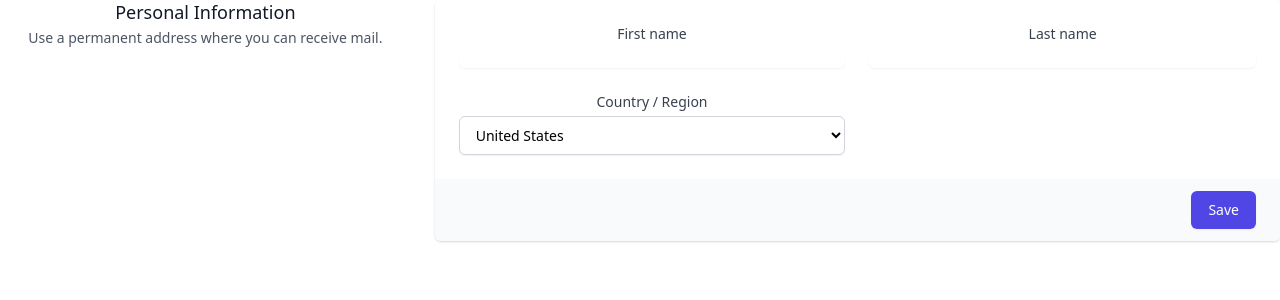
Repository: maikeru-desu/parking-lot
Page: /add (app in parking-lot-fe/)
These files come from the project's save history. The page is drawn as it stood at one moment and after the next save; the edit follows.
The browser window is 1280 px wide. The pictures show the whole page.
The project was rebuilt for these pictures with package versions that can differ from the ones it lists, and the page was loaded fresh each time. Also part of the build but not shown: parking-lot-fe/craco.config.js, parking-lot-fe/src/redux/actions.js, parking-lot-fe/src/pages/Home.js.

Above is the page before, as saved 2021-10-14 03:03:39.

### parking-lot-fe/src/index.js
import React from 'react';
import ReactDOM from 'react-dom';
import './index.css';
import App from './App';
import {Provider} from "react-redux";
import {BrowserRouter} from "react-router-dom";
import reportWebVitals from './reportWebVitals';
import store from './redux/store';

ReactDOM.render(
    <React.StrictMode>
        <BrowserRouter>
            <Provider store={store}>
                <App />
            </Provider>
        </BrowserRouter>
    </React.StrictMode>,
    document.getElementById('root')
);

// If you want to start measuring performance in your app, pass a function
// to log results (for example: reportWebVitals(console.log))
// or send to an analytics endpoint. Learn more: https://bit.ly/CRA-vitals
reportWebVitals();

### parking-lot-fe/src/App.js
import logo from './logo.svg';
import './App.css';
import {Switch, Route} from "react-router-dom";
import Home from './pages/Home';
import Add from './pages/Add';

function App() {
  return (
    <div className="App">
        <Switch>
            <Route exact path="/" component={Home} />
            <Route exact path="/add" component={Add} />
        </Switch>
    </div>
  );
}

export default App;

### parking-lot-fe/src/redux/store.js
import {createStore, applyMiddleware} from "redux";
import logger from "redux-logger";
import reduxThunk from "redux-thunk";
import rootReducer from "./root-reducer";

const middlewares = [reduxThunk];

if (process.env.NODE_ENV === "development") {
    middlewares.push(logger)
}

const store = createStore(rootReducer, applyMiddleware(...middlewares));

export default store;

### parking-lot-fe/src/pages/Add.js
import React from 'react'

const Add = () => {
    return (
        <div>
            <div className="mt-10 sm:mt-0">
                <div className="md:grid md:grid-cols-3 md:gap-6">
                    <div className="md:col-span-1">
                        <div className="px-4 sm:px-0">
                            <h3 className="text-lg font-medium leading-6 text-gray-900">Personal Information</h3>
                            <p className="mt-1 text-sm text-gray-600">Use a permanent address where you can receive mail.</p>
                        </div>
                    </div>
                    <div className="mt-5 md:mt-0 md:col-span-2">
                        <form action="#" method="POST">
                            <div className="shadow overflow-hidden sm:rounded-md">
                                <div className="px-4 py-5 bg-white sm:p-6">
                                    <div className="grid grid-cols-6 gap-6">
                                        <div className="col-span-6 sm:col-span-3">
                                            <label htmlFor="first-name" className="block text-sm font-medium text-gray-700">
                                                First name
                                            </label>
                                            <input
                                                type="text"
                                                name="first-name"
                                                id="first-name"
                                                autoComplete="given-name"
                                                className="mt-1 focus:ring-indigo-500 focus:border-indigo-500 block w-full shadow-sm sm:text-sm border-gray-300 rounded-md"
                                            />
                                        </div>
                                        <div className="col-span-6 sm:col-span-3">
                                            <label htmlFor="last-name" className="block text-sm font-medium text-gray-700">
                                                Last name
                                            </label>
                                            <input
                                                type="text"
                                                name="last-name"
                                                id="last-name"
                                                autoComplete="family-name"
                                                className="mt-1 focus:ring-indigo-500 focus:border-indigo-500 block w-full shadow-sm sm:text-sm border-gray-300 rounded-md"
                                            />
                                        </div>
                                        <div className="col-span-6 sm:col-span-3">
                                            <label htmlFor="country" className="block text-sm font-medium text-gray-700">
                                                Country / Region
                                            </label>
                                            <select
                                                id="country"
                                                name="country"
                                                autoComplete="country"
                                                className="mt-1 block w-full py-2 px-3 border border-gray-300 bg-white rounded-md shadow-sm focus:outline-none focus:ring-indigo-500 focus:border-indigo-500 sm:text-sm"
                                            >
                                                <option>United States</option>
                                                <option>Canada</option>
                                                <option>Mexico</option>
                                            </select>
                                        </div>
                                    </div>
                                </div>
                                <div className="px-4 py-3 bg-gray-50 text-right sm:px-6">
                                    <button
                                        type="submit"
                                        className="inline-flex justify-center py-2 px-4 border border-transparent shadow-sm text-sm font-medium rounded-md text-white bg-indigo-600 hover:bg-indigo-700 focus:outline-none focus:ring-2 focus:ring-offset-2 focus:ring-indigo-500"
                                    >
                                        Save
                                    </button>
                                </div>
                            </div>
                        </form>
                    </div>
                </div>
            </div>
        </div>
    )
}

export default Add

### parking-lot-fe/src/redux/root-reducer.js
import {combineReducers} from "redux";
import eventsReducers from "./reducer";

const rootReducer = combineReducers({
    events: eventsReducers
});

export default rootReducer;

### parking-lot-fe/src/redux/reducer.js
import * as types from "./actionType";

const initialState = {
    events: [],
    event: {},
    loading: true
}

const eventsReducers = (state = initialState, action) => {
    switch (action.type) {
        case types.GET_EVENTS:
            return {
                ...state,
                events: action.payload,
                loading: false,
            };
        case types.DELETE_EVENT:
            return {
                ...state,
                loading: false,
            }
        default:
            return state;
    }
}

export default eventsReducers;

### parking-lot-fe/src/redux/actionType.js
export const GET_EVENTS = "GET_EVENTS";
export const DELETE_EVENT = "DELETE_EVENT";

Loaded but not shown: parking-lot-fe/src/index.css (common file); parking-lot-fe/src/reportWebVitals.js (common file); parking-lot-fe/src/App.css (common file); parking-lot-fe/tailwind.config.js (common file)

After the next save:
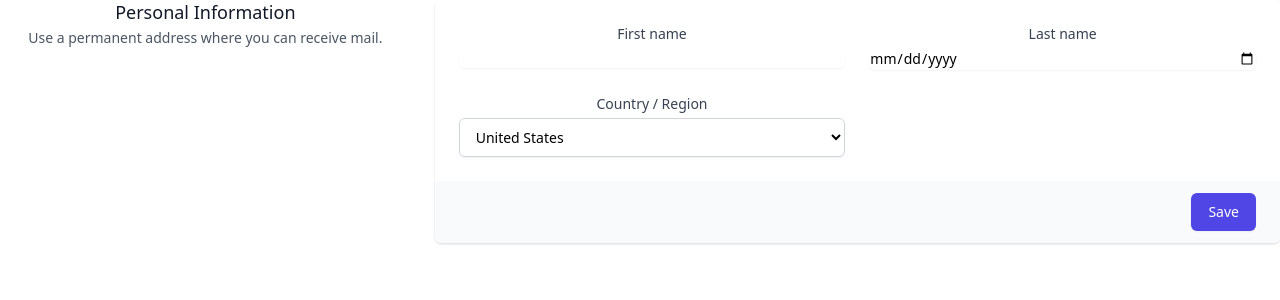
Saved 10 s later.
--- a/parking-lot-fe/src/pages/Add.js
+++ b/parking-lot-fe/src/pages/Add.js
@@ -33,7 +33,7 @@ const Add = () => {
                                                 Last name
                                             </label>
                                             <input
-                                                type="text"
+                                                type="date"
                                                 name="last-name"
                                                 id="last-name"
                                                 autoComplete="family-name"
